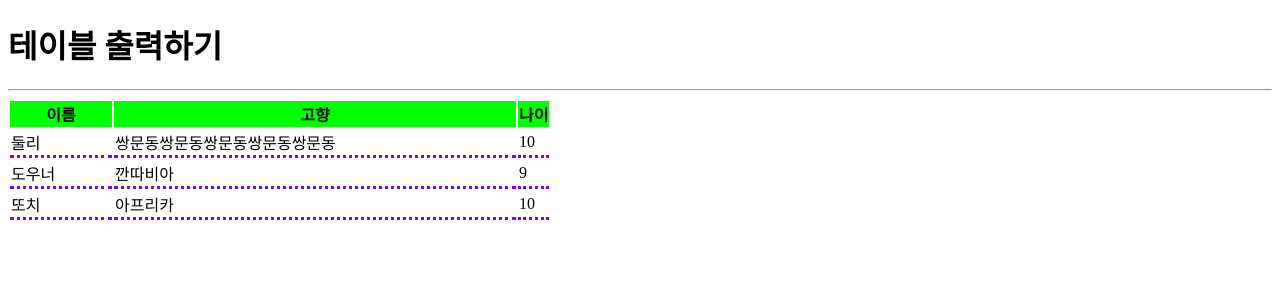
Repository: jhsnex123/web_study
Page: edu/src/main/webapp/cssexam/exam7_2.html
The author's editor kept a copy of each file at every save. The page is drawn from the files as they stood at one save, then again after the next save.
The browser window is 1280 px wide. The pictures show the whole page.

Above is the page before, as saved 2024-09-19 01:28:47.

After the next save:
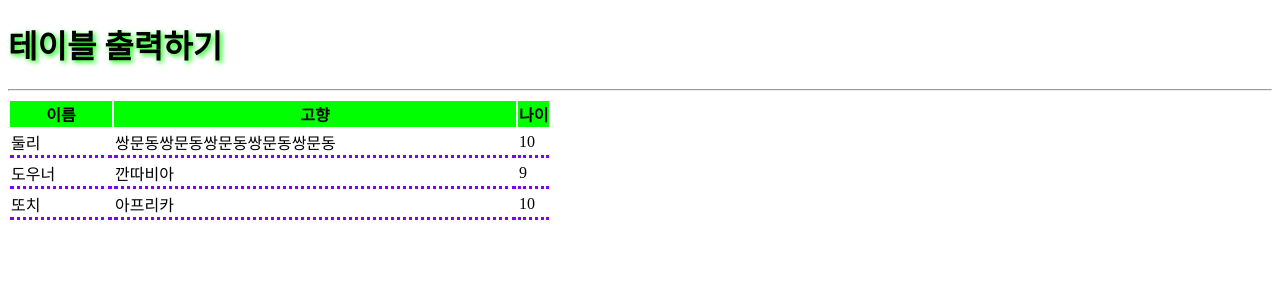
Saved 7 min 13 s later.
--- a/edu/src/main/webapp/cssexam/exam7_2.html
+++ b/edu/src/main/webapp/cssexam/exam7_2.html
@@ -4,6 +4,10 @@
 <meta charset="UTF-8">
 <title>CSS 학습</title>
 <style>
+	h1{
+		text-shadow : 2px 2px 5px lime;
+	}
+
 	td {
 		border-bottom : 3px dotted rgb(128, 0, 255);
 	}
